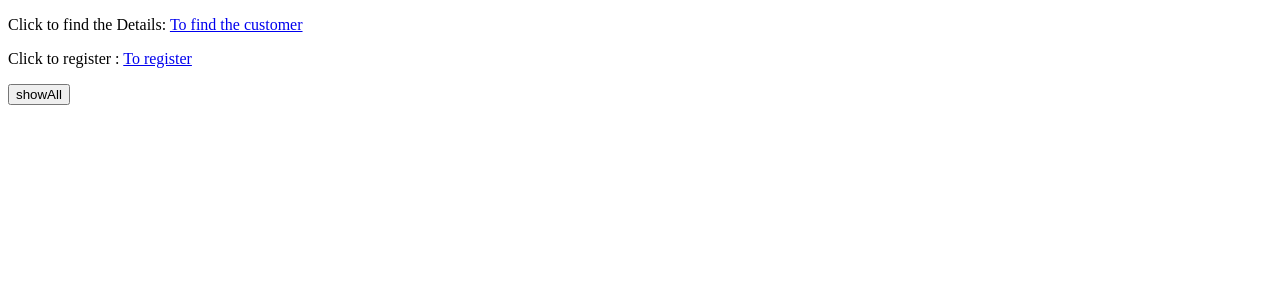
Repository: IshaMhashete/workspace2
Page: Hiber_Web/src/main/webapp/Option.html
These files come from the project's save history. The page is drawn as it stood at one moment and after the next save; the edit follows.
The browser window is 1280 px wide. The pictures show the whole page.

Above is the page before, as saved 2019-12-07 11:17:40.

After the next save:
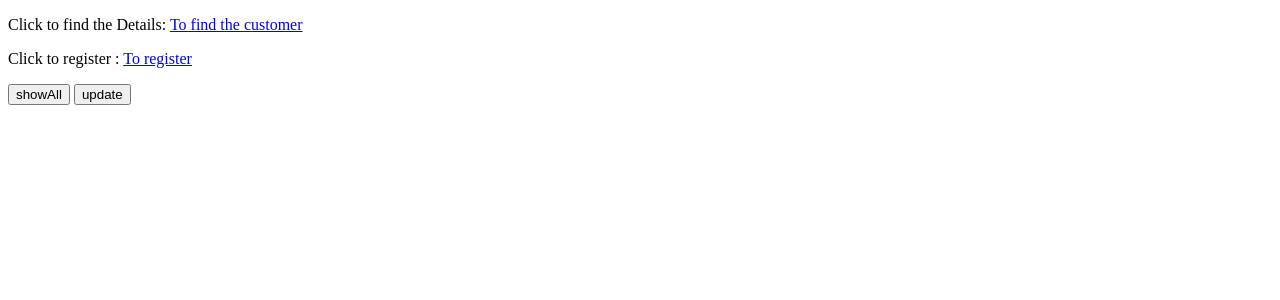
Saved 48 min 29 s later.
--- a/Hiber_Web/src/main/webapp/Option.html
+++ b/Hiber_Web/src/main/webapp/Option.html
@@ -8,6 +8,7 @@
 <p>Click to find the Details: <a href="Find_Customer.html">To find the customer</a></p>
 <p>Click to register : <a href="Hi.html">To register</a></p>
 <input type="submit" value="showAll">
+<input type="submit" value="update">
 </form>
 </body>
 </html>
